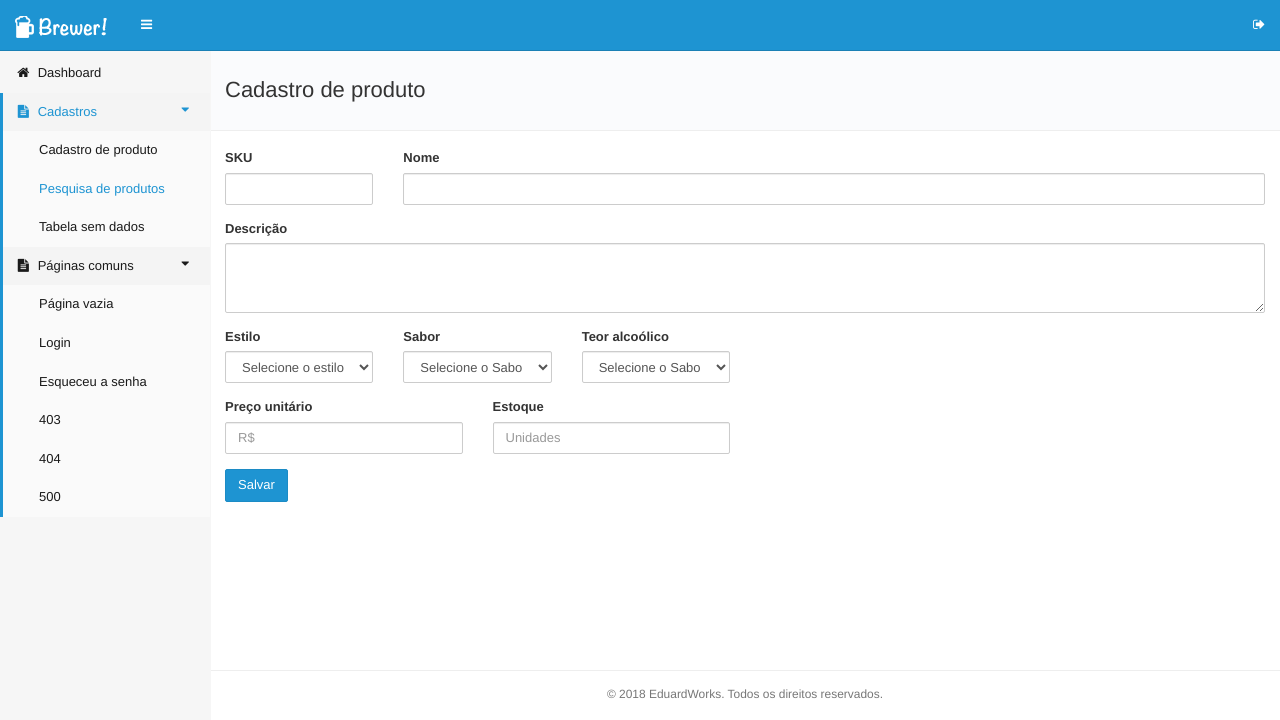
Repository: dumuller/spring-expert
Page: http://localhost/cerveja/CadastroCerveja
An editor plug-in stored every save of this project. The page is shown before and after the next save, followed by the edit.
The browser window is 1280 px wide. The pictures show the whole page.
The page is this project's Thymeleaf template; nobody is signed in. The template is opened directly, without the code that normally fills it, so the values that code supplies are empty.

Above is the page before, as saved 2018-12-10 16:39:02.

After the next save:
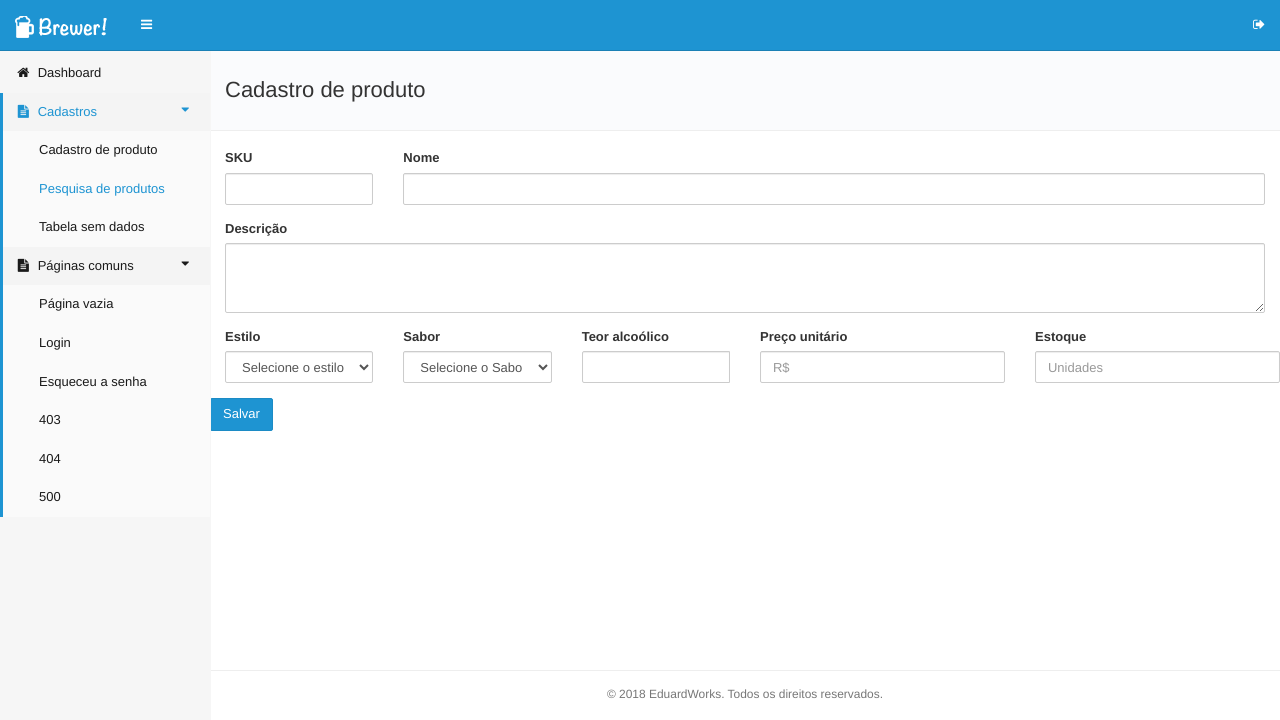
Saved 70 s later.
--- a/brewer/src/main/resources/templates/cerveja/CadastroCerveja.html
+++ b/brewer/src/main/resources/templates/cerveja/CadastroCerveja.html
@@ -155,12 +155,9 @@
 
 						<div class="col-sm-2 form-group">
 							<label for="teorAlcoolico">Teor alcoólico</label>
-							<select id="sabor" class="form-control">
-								<option value="">Selecione o Sabor</option>
-								<option value="1">Trigo</option>
-								<option value="2">Frutada</option>
-								<option value="3">Puro Malte</option>
-							</select>
+							<div class="input-group">
+								<input id="teorAlcoolico" type="text" class="form-control"/>
+								<div></div>
 						</div>
 
 				</div>
